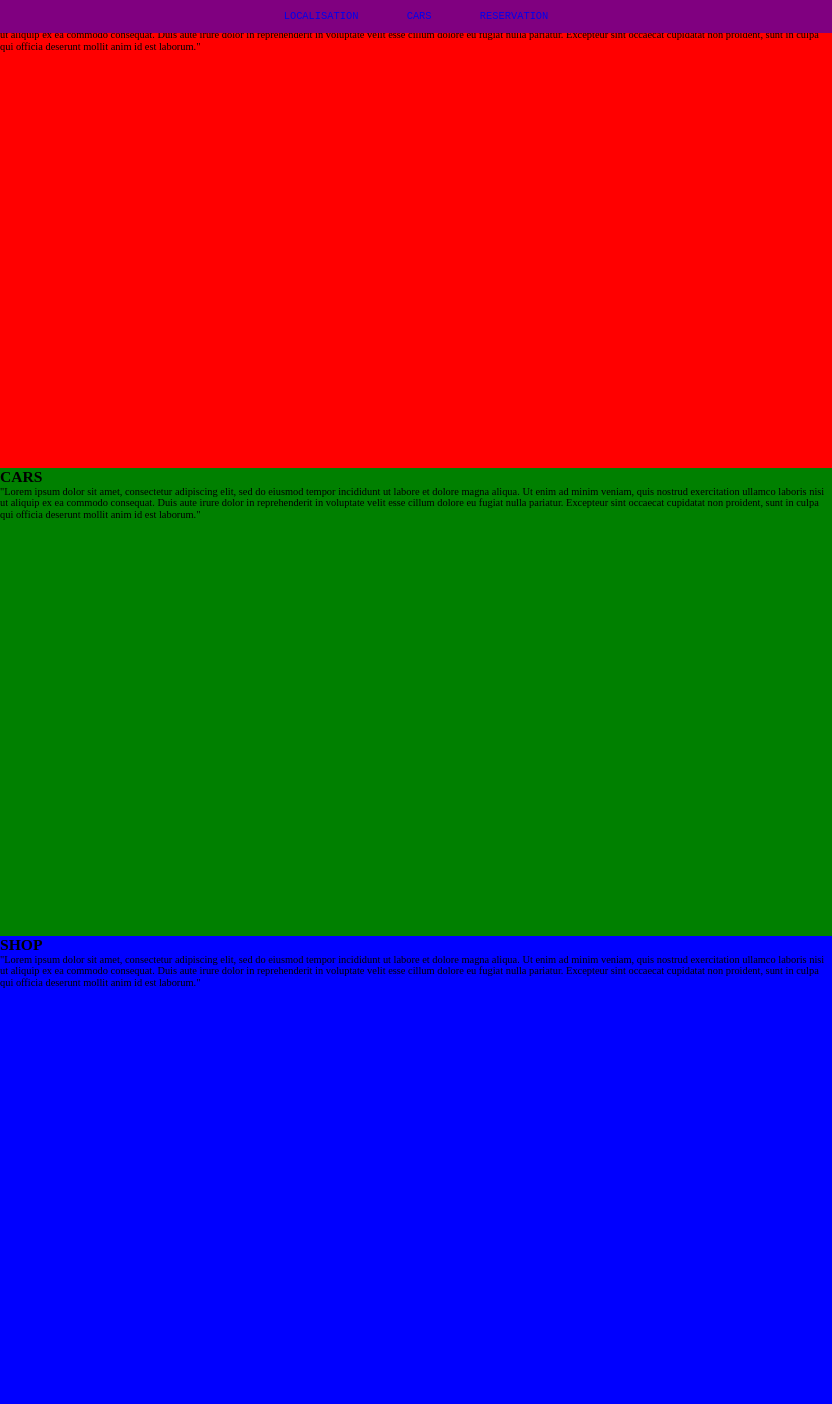
Repository: romgrm/jenaipasdevoiture
Page: src/main/java/fr/romgrm/index.html
These files come from the project's save history. The page is drawn as it stood at one moment and after the next save; the edit follows.
The browser window is 1280 px wide. The pictures show the whole page, at 65% of full size.

Above is the page before, as saved 2020-10-15 18:23:35.

After the next save:
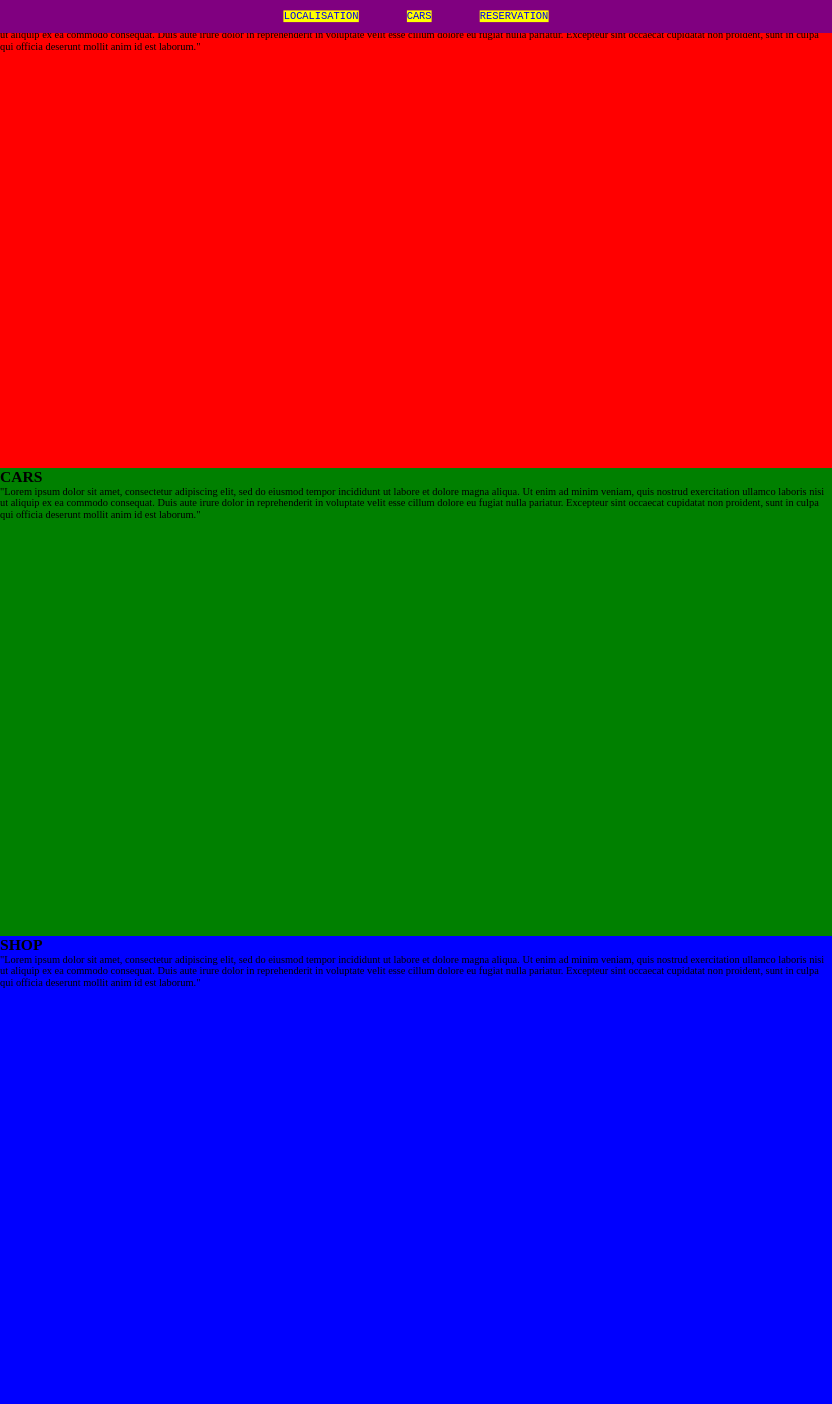
Saved 25 s later.
--- a/src/main/java/fr/romgrm/style.css
+++ b/src/main/java/fr/romgrm/style.css
@@ -35,6 +35,7 @@ body{
 
 #navBar ul li a{
     text-decoration: none;
+    background-color: yellow;
 }
 
 #navBar ul li a:hover{
